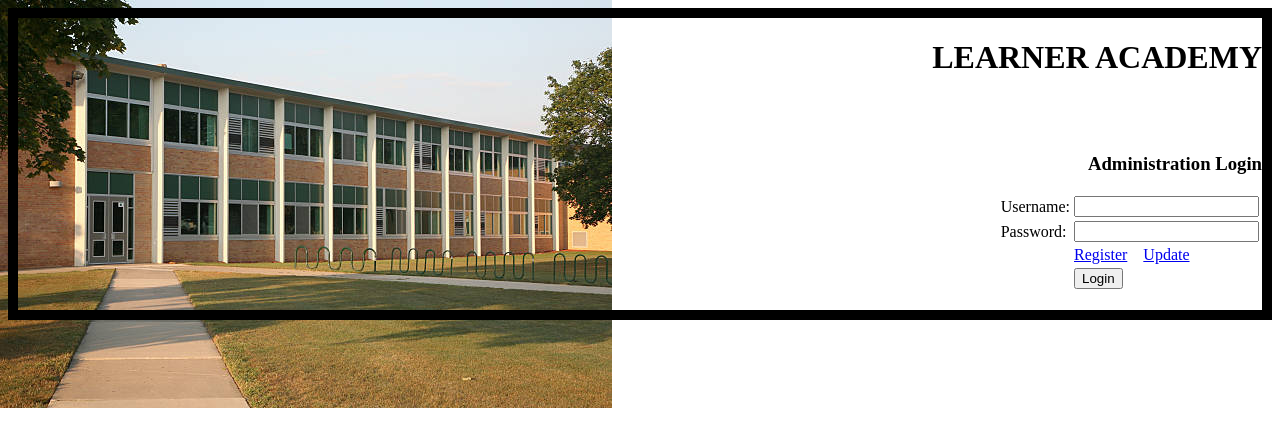
Repository: priyankagit8692/Phase_2_SimpliLearn-
Page: http://localhost/LearnerAcademyProject/AdminLogin.jsp
An editor plug-in stored every save of this project. The page is shown before and after the next save, followed by the edit.
The browser window is 1280 px wide. The pictures show the whole page.
The page is served by Tomcat 9. Other server files are loaded and not shown.

Above is the page before, as saved 2021-03-20 14:54:48.

### FinalProjectPhase2/LearnerAcademyProject/WebContent/AdminLogin.jsp
<%@ page language="java" contentType="text/html; charset=ISO-8859-1"
    pageEncoding="ISO-8859-1"%>
<!DOCTYPE html>
<html>
<head>
<meta charset="ISO-8859-1">
<title>Insert title here</title>
</head>
<style>
body {
  background-image: url("images/academy.jpg");
  background-repeat: no-repeat;
}
</style>
<body>
  <div align='right' style='border: solid 10px black; height: 95%'>
  <h1>LEARNER ACADEMY</h1> <br><br>
  <h3>Administration Login</h3>
  <form action="adminLogin" method="post" cellpadding="5" cellspacing="5">
    <table>
        <tr>
            <td>Username:</td>
            <td><input type="text" name="uname"></td>
        </tr>
        <tr>
            <td>Password:</td>
            <td><input type="password" name="password"></td>
        </tr>
        <tr>
            <td></td>
            <td><a href="AdminRegistration.jsp">Register</a>&nbsp&nbsp&nbsp&nbsp<a href="AdminUpdate.jsp">Update</a></td>
        </tr>
        <tr>
            <td></td>
            <td>
                <button type="submit">Login</button>
            </td>
        </tr>
    </table>
    <br>
    <c:if test="${not empty msg}">
        <c:out value="${msg}"/>
    </c:if>


</form>
  </div>
</body>
</html>

After the next save:
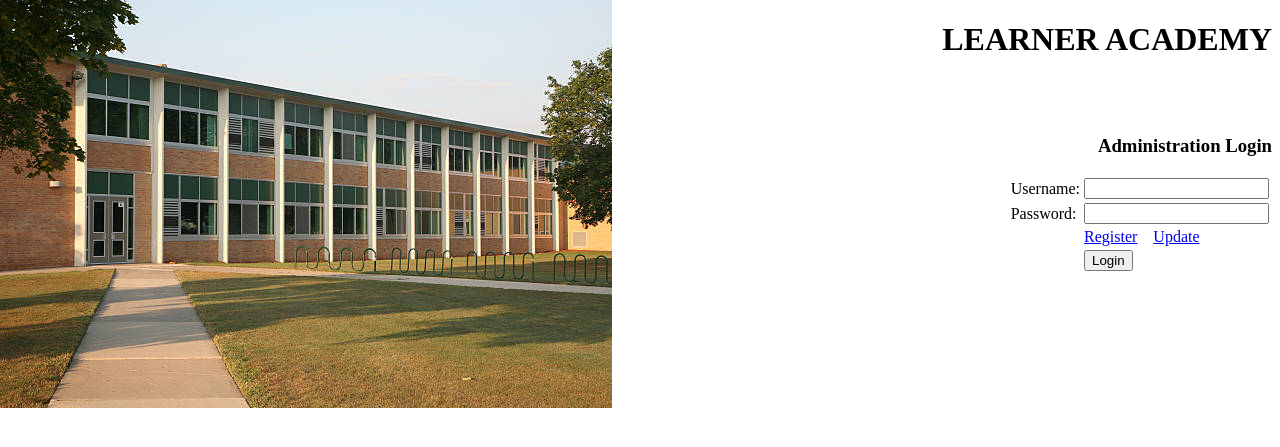
Saved 23 s later.
--- a/FinalProjectPhase2/LearnerAcademyProject/WebContent/AdminLogin.jsp
+++ b/FinalProjectPhase2/LearnerAcademyProject/WebContent/AdminLogin.jsp
@@ -13,8 +13,8 @@ body {
 }
 </style>
 <body>
-  <div align='right' style='border: solid 10px black; height: 95%'>
-  <h1>LEARNER ACADEMY</h1> <br><br>
+  <div align='right'>
+  <h1>LEARNER  ACADEMY</h1> <br><br>
   <h3>Administration Login</h3>
   <form action="adminLogin" method="post" cellpadding="5" cellspacing="5">
     <table>
